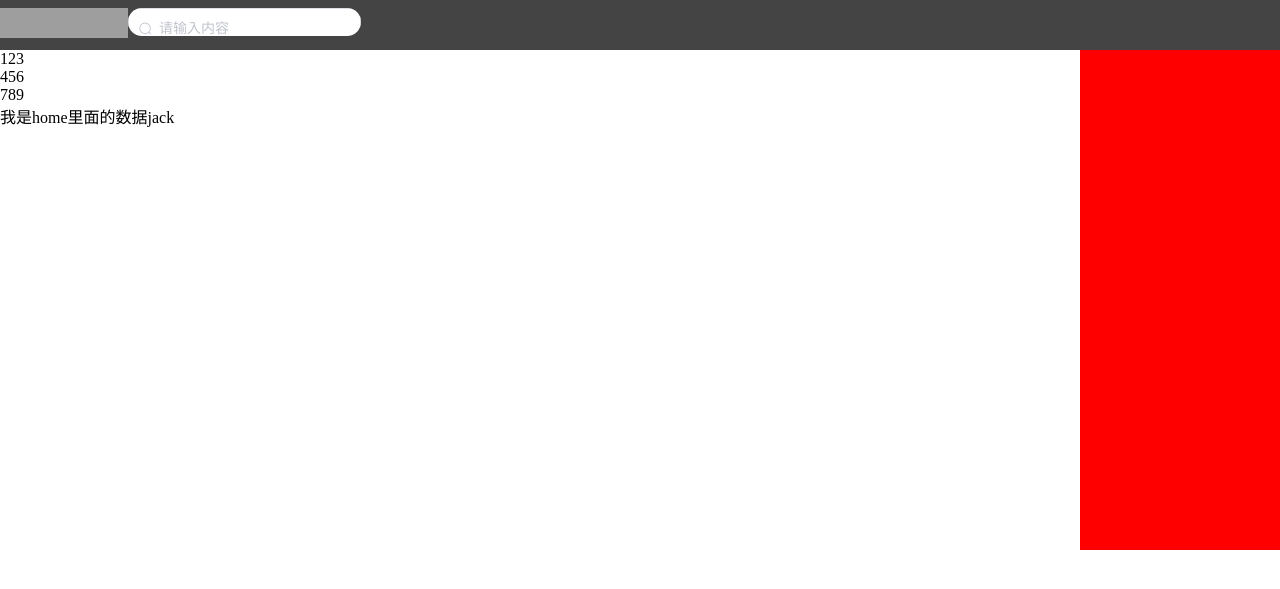
Repository: jinggegeZ/cnode
Page: /
The author's editor kept a copy of each file at every save. The page is drawn from the files as they stood at one save, then again after the next save.
The browser window is 1280 px wide. The pictures show the whole page.
Pictures or frames that could not be fetched are drawn as grey boxes. The project was rebuilt for these pictures with package versions that can differ from the ones it lists, and the page was loaded fresh each time.

Above is the page before, as saved 2020-06-05 11:45:53.

### src/main.js
import Vue from 'vue'
import App from './App.vue'
import router from './router'
import store from './store'
import ElementUI from 'element-ui'
import 'element-ui/lib/theme-chalk/index.css'


Vue.config.productionTip = false
Vue.use(ElementUI);
new Vue({
  router,
  store,
  render: h => h(App)
}).$mount('#app')

### src/App.vue
<template>
  <div id="app">
    <router-view/>
  </div>
</template>

<style lang="scss">
   * {
  margin: 0;
  padding: 0;
 }
</style>

### src/router/index.js
import Vue from 'vue'
import VueRouter from 'vue-router'
import Home from '../views/Home.vue'
import layout from '../views/layout1/layout'

Vue.use(VueRouter)

  const routes = [
    {
      path:'/home',
      redirect:'/'
    },
  {
    path:'/',
    name:'layout',
    component: layout,
    children: [
      {
        path: '',
        name: 'Home',
        component: Home
      },
    ]
  },

  {
    path: '/about',
    name: 'About',
    component: () => import('../views/About.vue')
  },
  {
    path: '/parents',
    name: 'parents',
    component: () => import('../views/parents/parents.vue'),

  },
]

const router = new VueRouter({
  mode: 'history',
  base: process.env.BASE_URL,
  routes
})

export default router

### src/store/index.js
import Vue from 'vue'
import Vuex from 'vuex'

Vue.use(Vuex)

export default new Vuex.Store({
  state: {
    name:'jack'
  },
  mutations: {
  },
  actions: {
  },
  modules: {
  }
})

### src/views/Home.vue
<template>
 <div>
  <div>123</div>
  <div>456</div>
  <div>789</div>
  <div>我是home里面的数据{{name}}</div>
 </div>
</template>

<script>

 export default {
   data () {
     return {

     }
   },
   components: {

   },
   methods: {

   },
   mounted() {

   },
   watch: {

   },
   computed: {
     name() {
       return this.$store.state.name
     }
   }
 }
</script>

<style scoped>

</style>

### src/views/layout1/layout.vue
<template>
 <div>
    <div class="container">

            <div class="top">
            <top></top>
            </div>

        <div class="content">
            <div>
                <router-view></router-view>
            </div>
            <div class="right">
                <right></right>
            </div>
        </div>
        <div class="below">
            <below></below>
        </div>
    </div>
 </div>
</template>

<script>
    import top from '../../components/top/top'
    import right from '../../components/right/right'
    import below from '../../components/below/below'
 export default {
     name:'layout',
   data () {
     return {

     }
   },
   components: {
       top,
       right,
       below,
   },
   methods: {

   },
   mounted() {

   },
   watch: {

   },
   computed: {
   }
 }
</script>

<style scoped>
    .container {
        width: 100%;
    }


</style>

### src/components/top/top.vue
<template>
  <div>
    <div class="top">
      <div class="box">
        <div class="b-left">
          <div>
            <img
              src="//static2.cnodejs.org/public/images/cnodejs_light.svg"
              alt
              width="128px"
              height="30px"
            />
          </div>
          <div class="ipt">
            <el-input placeholder="请输入内容" prefix-icon="el-icon-search" v-model="input2"></el-input>
          </div>
        </div>
        <div></div>
      </div>
    </div>
  </div>
</template>

<script>
export default {
  data() {
    return {};
  },
  components: {},
  methods: {},
  mounted() {},
  watch: {},
  computed: {}
};
</script>

<style scoped >
.top {
  width: 100%;
  height: 50px;
  background: rgb(68, 68, 68);
}
.box {
  max-width: 1400px;
  height: 50px;
  margin: 0 auto;
  display: flex;
  justify-content: space-between;
  align-items: center;
}
.b-left {
  display: flex;
}
.ipt {
  width: 233px;
  height: 28px;
  border-radius: 50px !important;
  overflow: hidden;
}
</style>

### src/components/right/right.vue
<template>
 <div>
    <div class="right"></div>
 </div>
</template>

<script>
 export default {
   data () {
     return {

     }
   },
   components: {

   },
   methods: {

   },
   mounted() {

   },
   watch: {

   },
   computed: {

   }
 }
</script>

<style scoped>
    .right {
        width: 200px;
        height: 500px;
        background: red;
        position: absolute;
        right: 0;
        top: 50px;
    }
</style>

### src/components/below/below.vue
<template>
 <div>
    <div class="foot">
        <div class="f-box"></div>
    </div>
 </div>
</template>

<script>
 export default {
   name: '',
   props: {
   },
   components: {

   },
   data () {
     return {

     }
   },
   methods: {

   },
   mounted() {

   },
   watch: {

   },
   computed: {

   }
 }
</script>

<style scoped>
    .foot {
        width: 100%;
        position: absolute;
        bottom: 0;
    }
    .f-box {
        width: 1400px;
        align-items: center;
        background: skyblue;
    }
</style>

Loaded but not shown: public/index.html (common file)

After the next save:
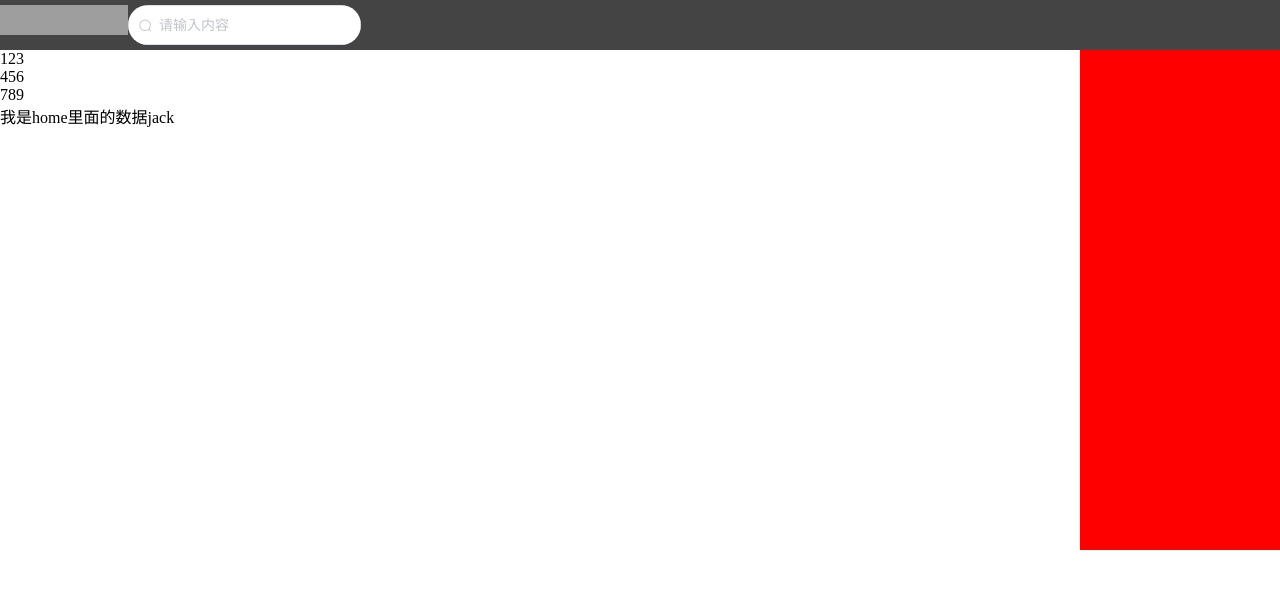
Saved 59 s later.
--- a/src/components/top/top.vue
+++ b/src/components/top/top.vue
@@ -53,7 +53,7 @@ export default {
 }
 .ipt {
   width: 233px;
-  height: 28px;
+
   border-radius: 50px !important;
   overflow: hidden;
 }
